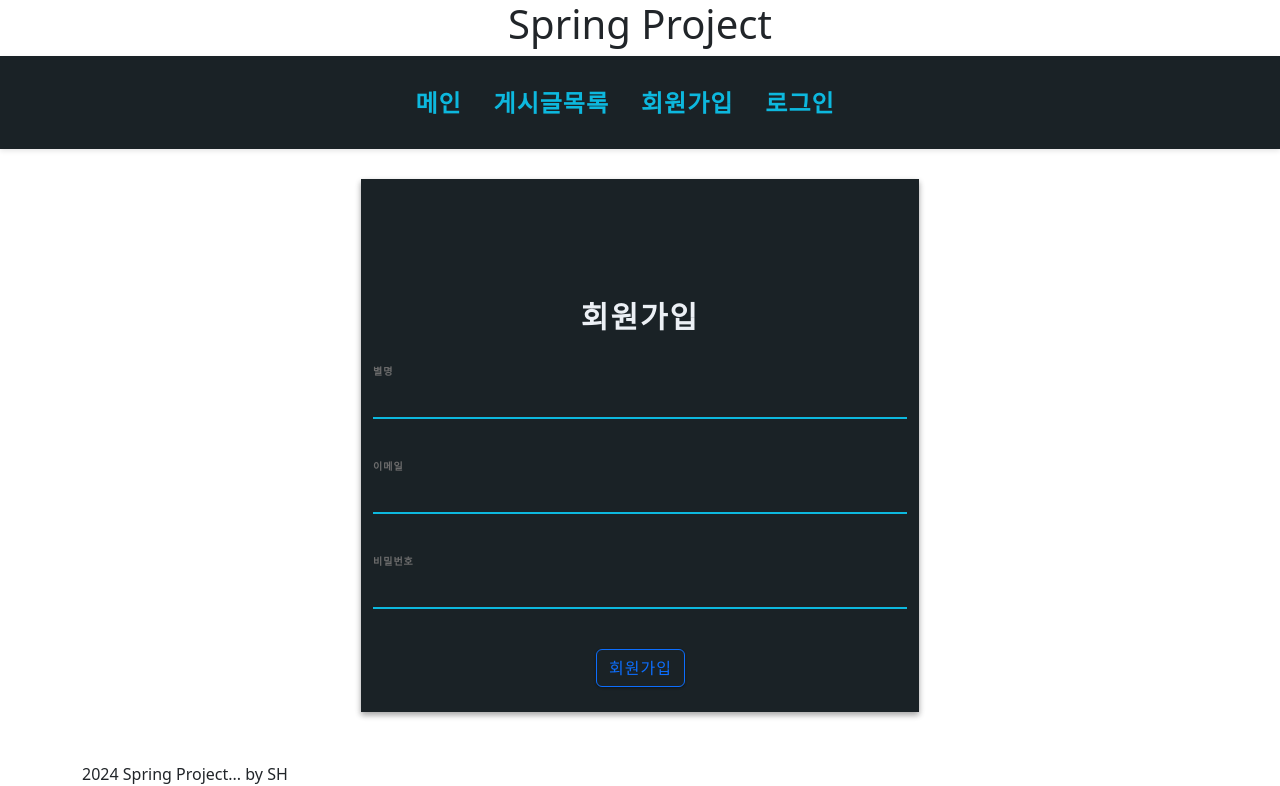
Repository: dtkd19/spring_personal_project
Page: http://localhost/myproject/WEB-INF/views/user/register.jsp
The author's editor kept a copy of each file at every save. The page is drawn from the files as they stood at one save, then again after the next save.
The browser window is 1280 px wide. The pictures show the whole page.
The page is served by Tomcat 9. Nobody is signed in. The template is opened directly, without the code that normally fills it, so the values that code supplies are empty.

Above is the page before, as saved 2024-11-08 07:09:24.

After the next save:
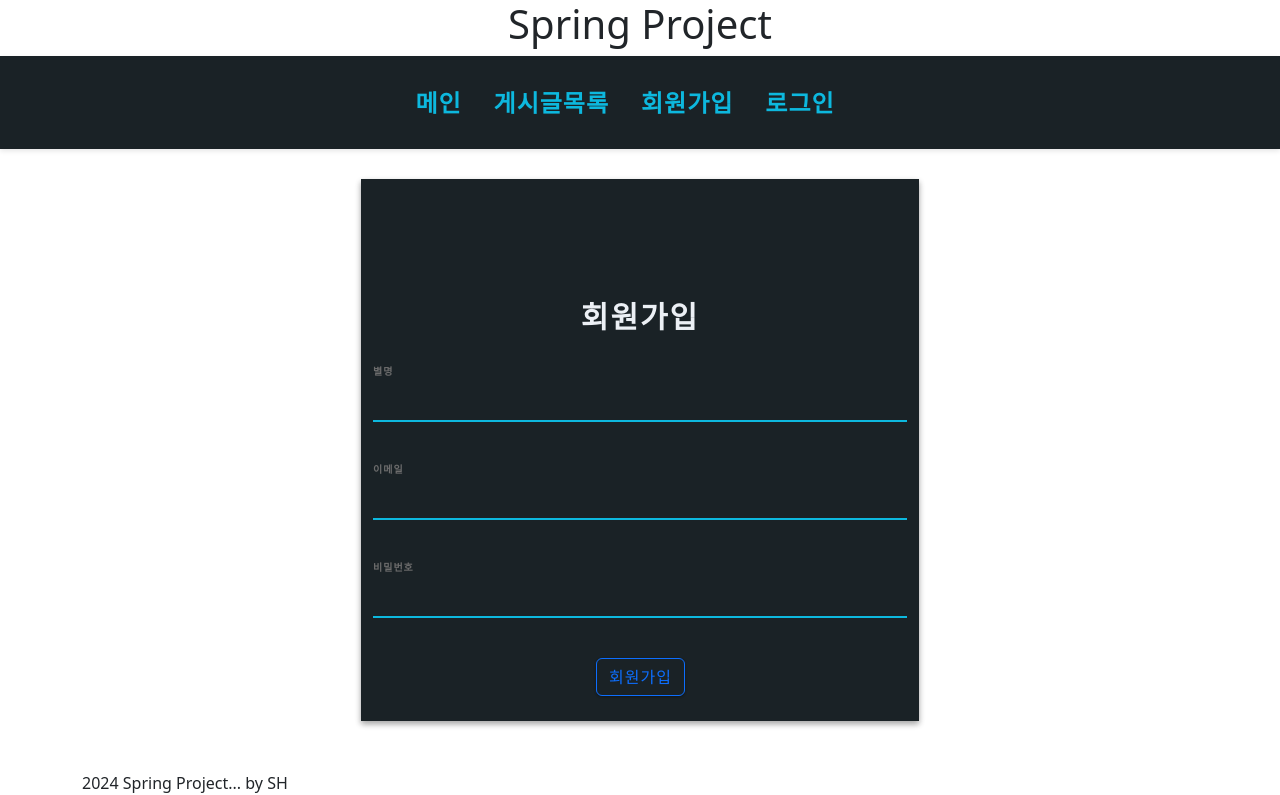
Saved 5 s later.
--- a/myproject/src/main/webapp/resources/css/login.css
+++ b/myproject/src/main/webapp/resources/css/login.css
@@ -91,7 +91,7 @@ label {
     color: #6C6C6C;
     font-weight: bold;
     letter-spacing: 1px;
-    padding-bottom: 2px;
+    padding-bottom: 5px;
 }
 
 .btn-outline-primary {
